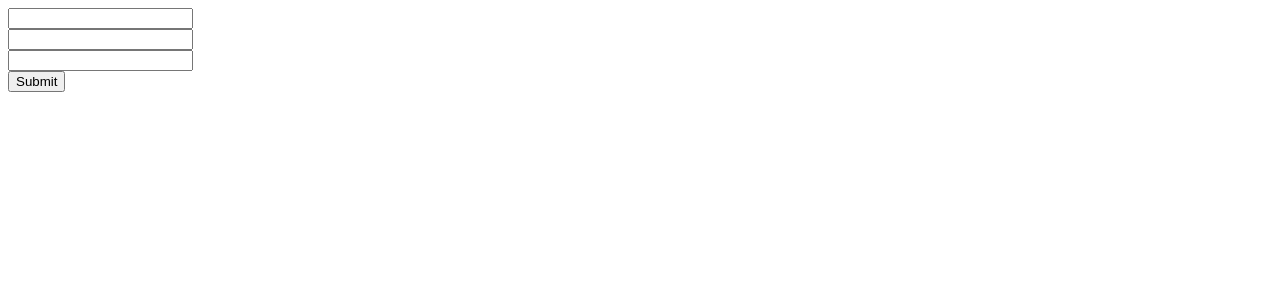
Repository: amittomar287/springbootbasics
Page: http://localhost/springJPA/home.jsp
The author's editor kept a copy of each file at every save. The page is drawn from the files as they stood at one save, then again after the next save.
The browser window is 1280 px wide. The pictures show the whole page.
The page is served by Tomcat 9. Other server files are loaded and not shown.

Above is the page before, as saved 2022-08-06 05:37:35.

### springJPA/src/main/webapp/home.jsp
<%@ page language="java" contentType="text/html; charset=ISO-8859-1"
    pageEncoding="ISO-8859-1"%>
<!DOCTYPE html>
<html>
<head>
<meta charset="ISO-8859-1">
<title>Insert title here</title>
</head>
<body>

<form action="addAlien">
	<input type="text" name="id"><br>
	<input type="text" name="name"><br>
	<input type="text" name="tech"><br>
	<input type="submit"><br>
</form>
</body>
</html>

After the next save:
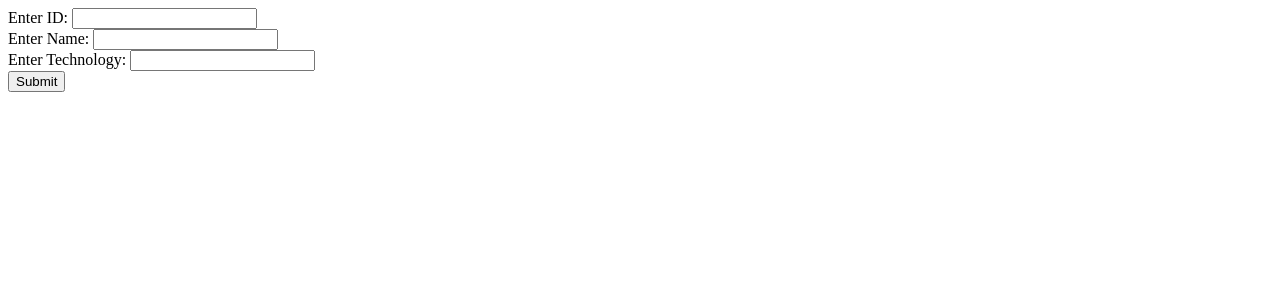
Saved 40 s later.
--- a/springJPA/src/main/webapp/home.jsp
+++ b/springJPA/src/main/webapp/home.jsp
@@ -9,9 +9,9 @@
 <body>
 
 <form action="addAlien">
-	<input type="text" name="id"><br>
-	<input type="text" name="name"><br>
-	<input type="text" name="tech"><br>
+	Enter ID: <input type="text" name="id"><br>
+	Enter Name: <input type="text" name="name"><br>
+	Enter Technology: <input type="text" name="tech"><br>
 	<input type="submit"><br>
 </form>
 </body>
